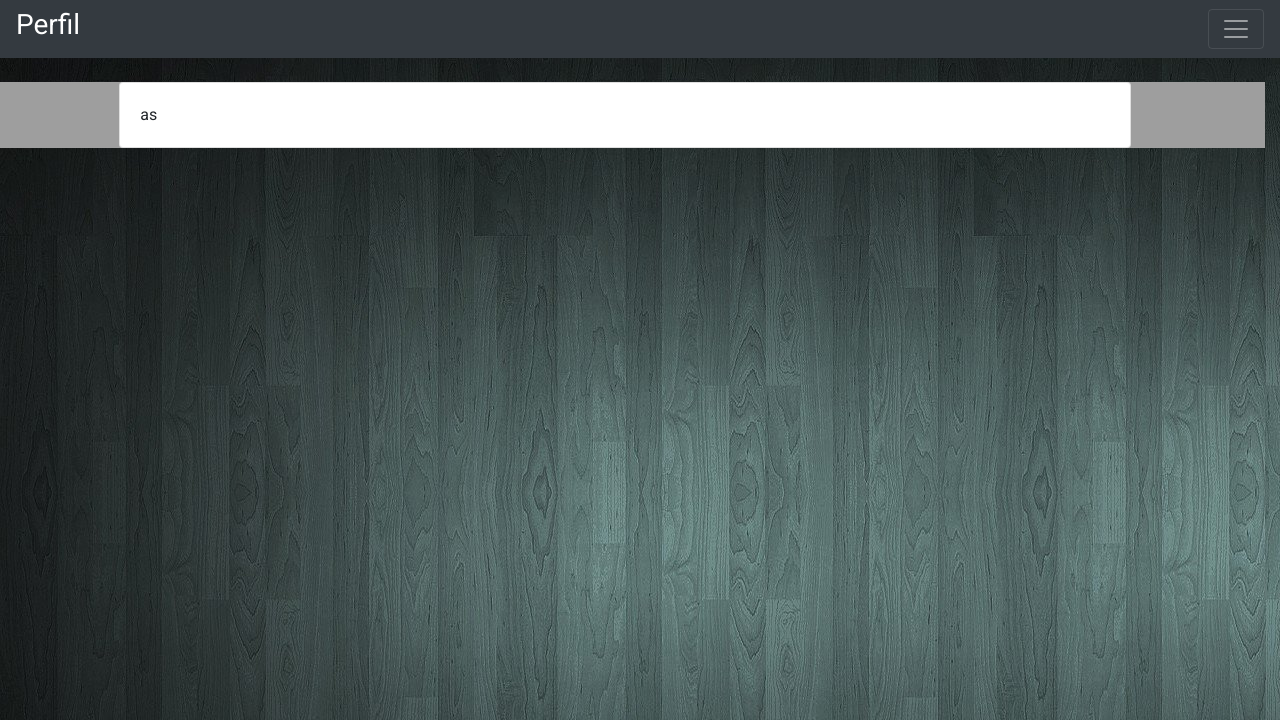
Repository: UncEmerson/UncEmerson
Page: index.html
An editor plug-in stored every save of this project. The page is shown before and after a run of saves, followed by the edit.
The browser window is 1280 px wide. The pictures show the whole page.
Pictures or frames that could not be fetched are drawn as grey boxes.

Above is the page before, as saved 2019-06-12 00:43:28.

After the next 2 saves:
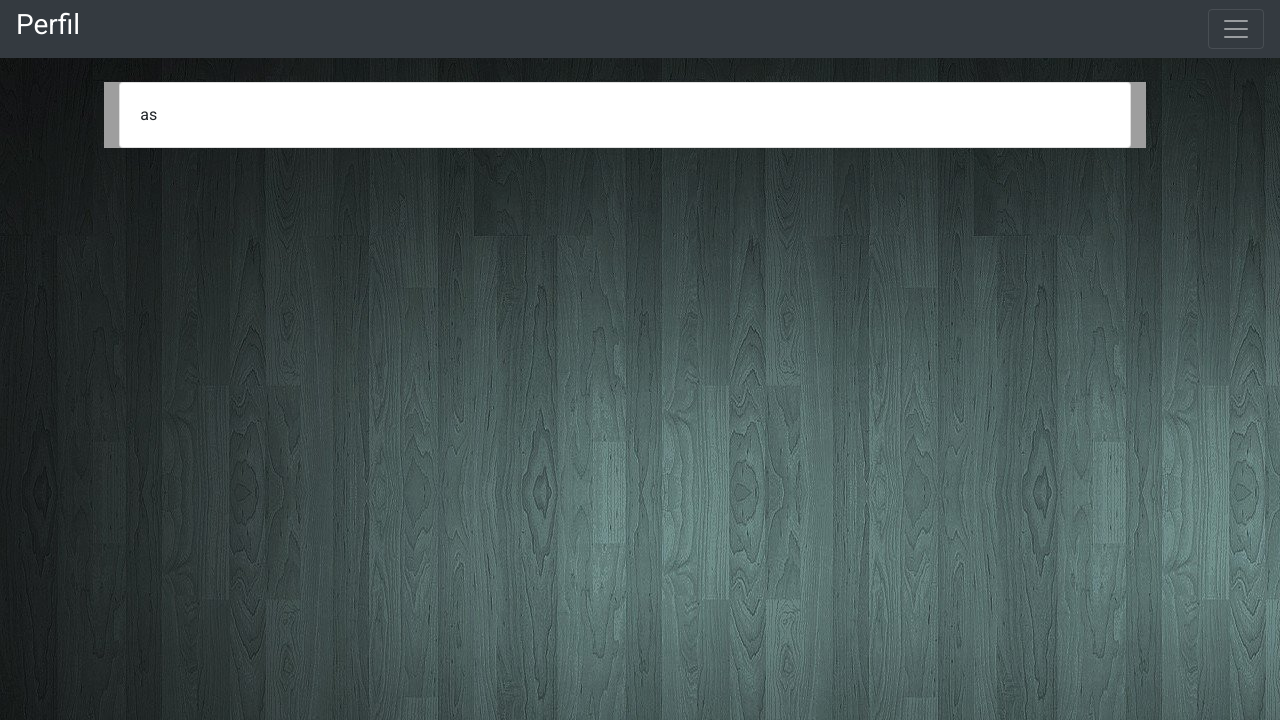
The 2 saves are shown as one change because they came seconds apart.
The last was saved 98 s later.
--- a/index.html
+++ b/index.html
@@ -66,8 +66,8 @@
         </div>
     </header>
 
-    <section class="set1 mt-4 col-md-12 row justify-content-center ">
-        <article class="col-md-10">
+    <section class=" mt-4 col-md-12 row justify-content-center ">
+        <article class="set1 col-md-10">
             <article class="card">
                 <article class="card-body">
                     as
